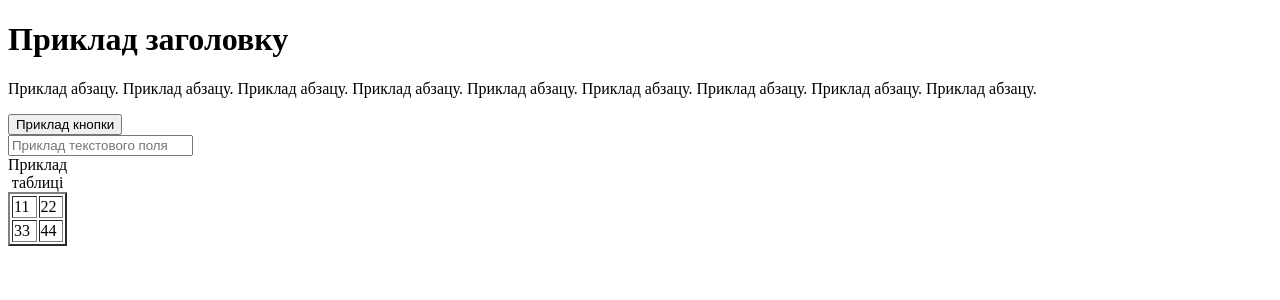
Repository: YurroUzhgorod/Home-works--vue.js3-and-node-express
Page: 7-lesson28-practice/my-practice/library_back/public/index.html
These files come from the project's save history. The page is drawn as it stood at one moment and after the next save; the edit follows.
The browser window is 1280 px wide. The pictures show the whole page.

Above is the page before, as saved 2022-06-20 08:37:44.

After the next save:
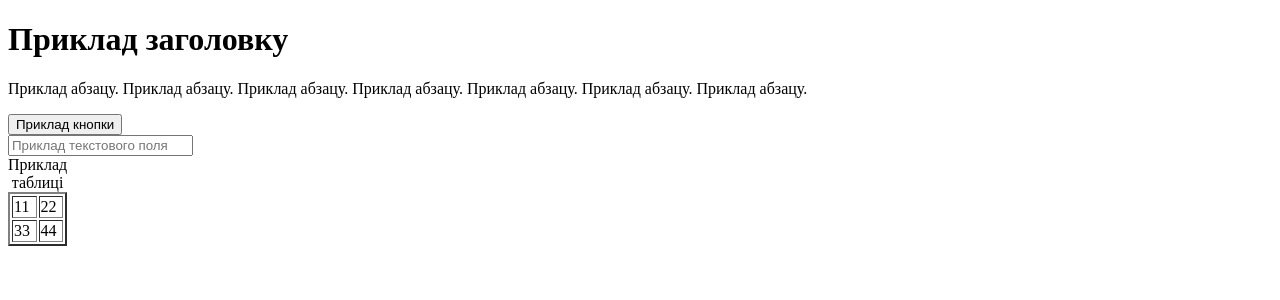
Saved 3 min 40 s later.
--- a/7-lesson28-practice/my-practice/library_back/public/index.html
+++ b/7-lesson28-practice/my-practice/library_back/public/index.html
@@ -10,7 +10,7 @@
     <h1>Приклад заголовку</h1>
     <p>
       Приклад абзацу. Приклад абзацу. Приклад абзацу. Приклад абзацу. Приклад
-      абзацу. Приклад абзацу. Приклад абзацу. Приклад абзацу. Приклад абзацу.
+      абзацу. Приклад абзацу. Приклад абзацу.
     </p>
     <div>
       <button>Приклад кнопки</button>
